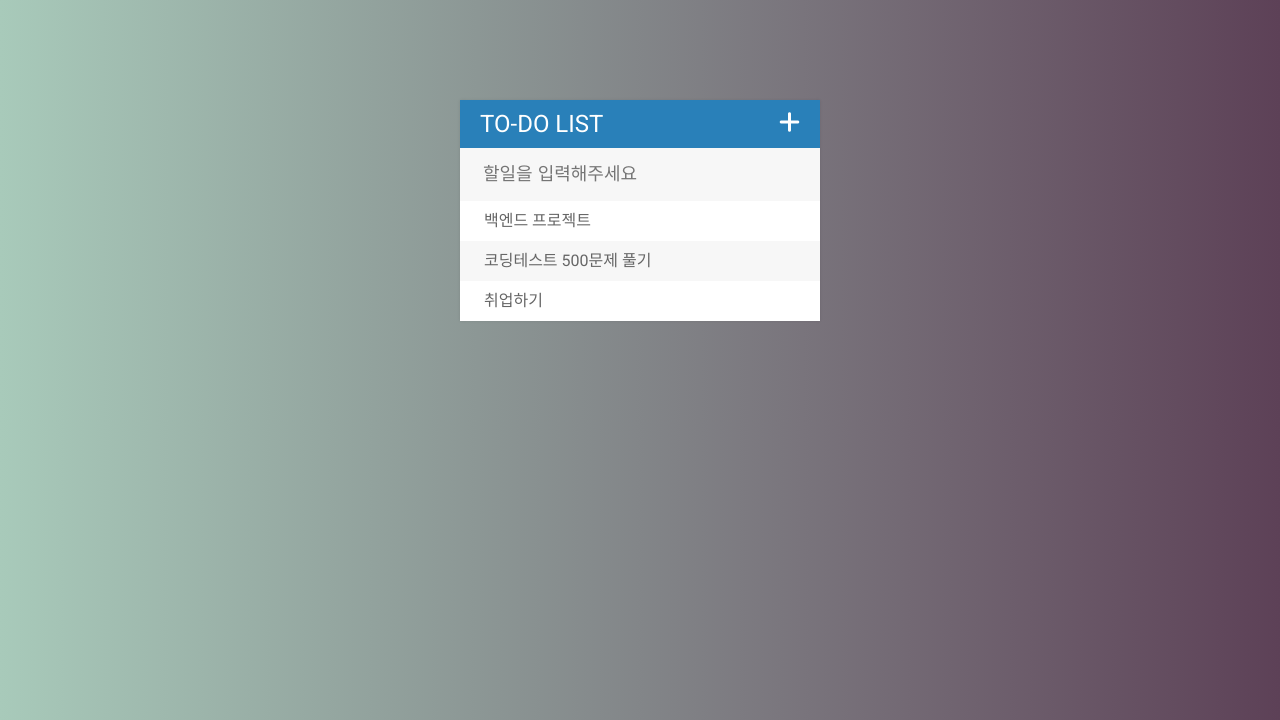
Repository: minsuk1/portfolio
Page: index2.html
These files come from the project's save history. The page is drawn as it stood at one moment and after the next save; the edit follows.
The browser window is 1280 px wide. The pictures show the whole page.
Some web libraries are served in a nearby version.

Above is the page before, as saved 2021-01-01 14:46:04.

### index2.html
<!DOCTYPE html>
<html lang="en">
<head>
    <meta charset="UTF-8">
    <meta name="viewport" content="width=device-width, initial-scale=1.0">
    <meta http-equiv="X-UA-Compatible" content="ie=edge">
    <title>To do List</title>
    <script type="text/javascript" src="https://code.jquery.com/jquery-3.4.1.min.js"></script>
    <link href="css/style2.css" rel="stylesheet">
    <link href="https://fonts.googleapis.com/css?family=Roboto:400,500,700&display=swap" rel="stylesheet">
    <script src="https://kit.fontawesome.com/0f77f25011.js"></script>

</head>
<body>
<div id="container">
    <h1>To-do List<i class="fas fa-plus"></i></h1>
    <input type="text" placeholder="할일을 입력해주세요">
<ul>
        <li> <span><i class="fas fa-trash"></i></span> 백엔드 프로젝트</li>
        <li> <span><i class="fas fa-trash"></i></span> 코딩테스트 500문제 풀기</li>
        <li> <span><i class="fas fa-trash"></i></span> 취업하기</li>
</ul>
</div>

     <script src="js/javascript.js"></script>
</body>
</html>

### css/style2.css
body {
    font-family: Roboto;
    background: #5D4157;  /* fallback for old browsers */
background: -webkit-linear-gradient(to right, #A8CABA, #5D4157);  /* Chrome 10-25, Safari 5.1-6 */
background: linear-gradient(to right, #A8CABA, #5D4157); /* W3C, IE 10+/ Edge, Firefox 16+, Chrome 26+, Opera 12+, Safari 7+ */

}

h1 {
    background : #2980b9;
    color : white;
    margin : 0;
    padding : 10px 20px;
    text-transform: uppercase;
    font-size: 24px;
    font-weight :  normal;
}
ul {
    list-style: none;
    margin:0;
    padding:0;
}

li {
background-color : #fff;
height: 40px;
line-height:40px;
color : #666;
}

span {
    background-color:#e74c3c;
    height: 40px;
    margin-right:20px;
    text-align: center;
    color : white;
    width:0;
    display: inline-block;
    transition: 0.2s linear;
    opacity : 0;
}

li:nth-child(2n) {
background-color:#f7f7f7;
}

input {
    font-size : 18px;
    background-color: #f7f7f7;
    width :100%;
    padding:13px 13px 13px 20px;
    box-sizing: border-box;
    color: #2980b9;
    border : 3px solid rgba(0,0,0,0);
}

input:focus {
    background: #fff;
    border : 3px solid #2980b9;
    outline : none;
}
.fa-plus {
    float : right;
}



li:hover span {
    width:40px;
    opacity : 1.0;

}


#container {
    box-shadow : 0 0 3px rgba(0,0,0,0.1);
    width : 360px;
    margin : 100px auto;
    background-color: #f7f7f7;
}

.completed {
    color : grey;
    text-decoration: line-through;
}

### js/javascript.js
$("ul").on("click", "li", function() {
    //목록 클릭씨 해당줄에 라인을 치거나 지움
    $(this).toggleClass('completed');
});

//x를 클릭씨 해당 아이템을 지움
$('ul').on("click", "span", function(event) {
event.stopPropagation();
$(this).parent().fadeOut(500, function(){
$(this).remove();
});
});

$('input[type="text"]').keypress(function(event) {
if(event.which===13) {
    //input으로 부터 새로운 할일 받기
    var todoText =$(this).val();
    $(this).val("");
    //새로운 일을 li로 ul에 넣기
    $('ul').append("<li><span><i class='fas fa-trash'></i></span> "+todoText+"</li>");
}
});

$('.fa-plus').on('click', function() {
$('input[type="text"]').fadeToggle();
});

After the next save:
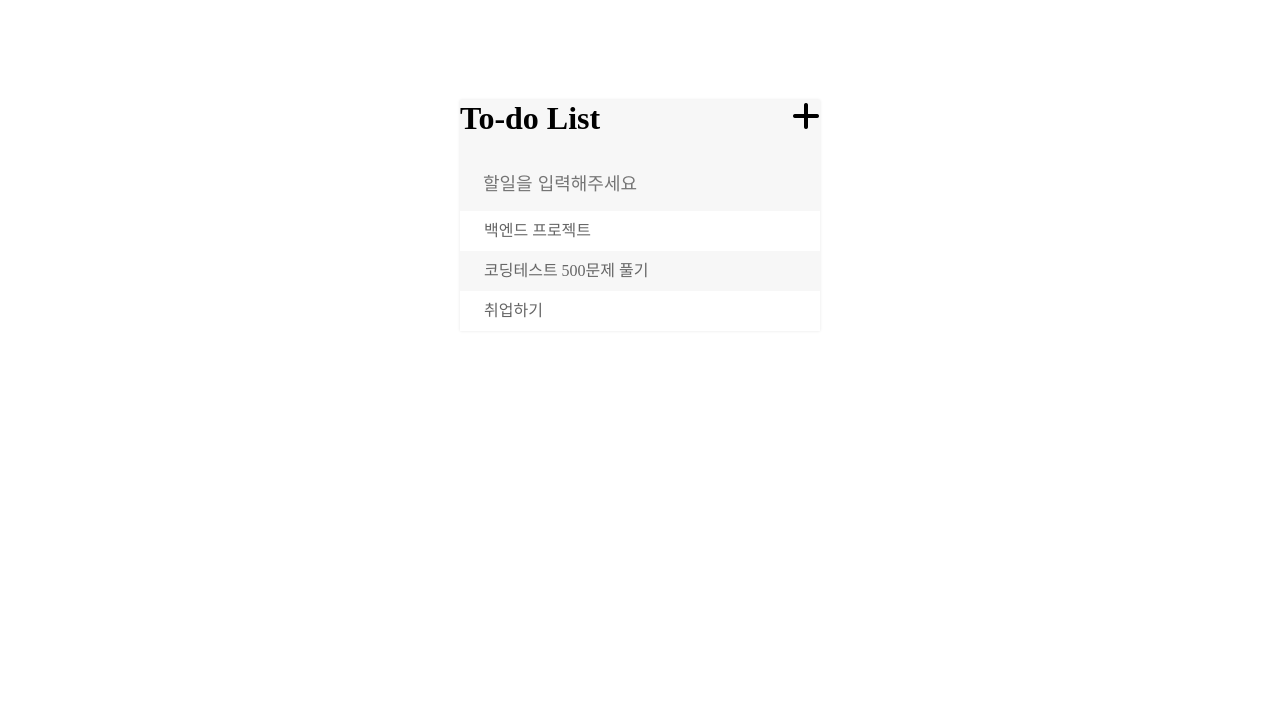
Saved 48 s later.
--- a/css/style2.css
+++ b/css/style2.css
@@ -1,8 +1,3 @@
-body {
-    font-family: Roboto;
-    background: #5D4157;  /* fallback for old browsers */
-background: -webkit-linear-gradient(to right, #A8CABA, #5D4157);  /* Chrome 10-25, Safari 5.1-6 */
-background: linear-gradient(to right, #A8CABA, #5D4157); /* W3C, IE 10+/ Edge, Firefox 16+, Chrome 26+, Opera 12+, Safari 7+ */
 
 }
 
